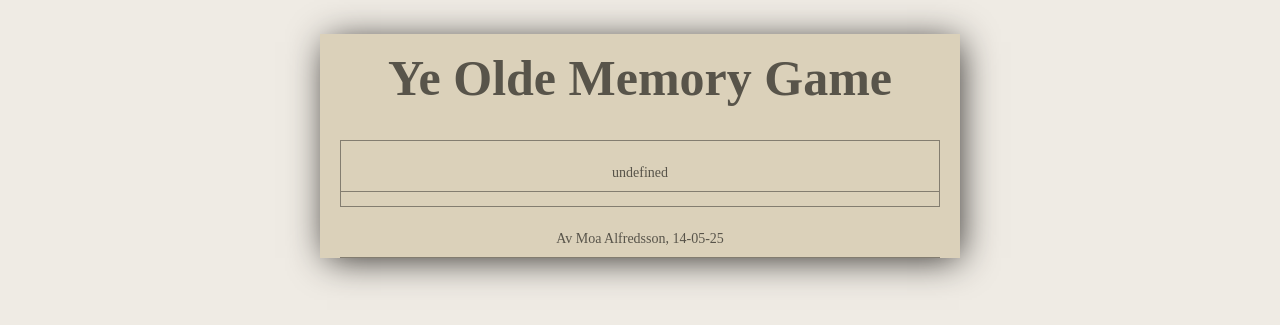
Repository: ma223md/1dv403-laborationer
Page: 3-gameon/memory/index.html
The author's editor kept a record of every edit. The page is drawn from the files as they stood at one moment, then again after the next edit.
The browser window is 1280 px wide. The pictures show the whole page.
Some web fonts or font styles are not loaded; a fallback is used.

Above is the page before.

### 3-gameon/memory/index.html
<!DOCTYPE html>
<html>
    <head>
        <meta charset="UTF-8" />
        <link rel="stylesheet" href="css/memorystyle.css" />
        <script src="js/memory.js"></script>
        <script src="script/random.js"></script>
        <title>Memory - Game on!</title>
    </head>

    <body>
        <div id="container">
            <header>
                <h1>Ye Olde Memory Game</h1>
            </header>

            <main>
                <div id="memoryboard"></div>
            </main>

            <footer>
                <p>Av Moa Alfredsson, 14-05-25</p>
            </footer>
        </div>
    </body>
</html>

### 3-gameon/memory/css/memorystyle.css
@font-face {
    font-family: headline;
    src: url(../3-gameon/memory/fonts/OldLondon.ttf);
}

@font-face {
    font-family: article;
    src: url(fonts/linowrite.ttf);
}

body
{
    background-color: #efebe4;
}

header h1 {
    text-align: center;
    padding-top: 15px;
    color: #58544A;
}

#container {
    display: block;
    margin-left: auto;
    margin-right: auto;
    width: 600px;
    background-color: #dbd1ba;
    padding-left: 20px;
    padding-right: 20px;
    -webkit-box-shadow: 3px 4px 35px -4px rgba(38,35,32,1);
    -moz-box-shadow: 3px 4px 35px -4px rgba(38,35,32,1);
    box-shadow: 3px 4px 35px -4px rgba(38,35,32,1);
}

main {
    border-style: solid;
    border-width: 1px;
    border-color: #837D70;
}

p {
    font-family: article;
    font-size: 14px;
    text-align: center;
    padding-top: 10px;
    padding-bottom: 10px;
    padding-left: 20px;
    padding-right: 20px;
    border-bottom: solid;
    border-width: 1px;
    border-color: #837D70;
    color: #58544A;
    word-wrap: break-word;
}

h1 {
    font-family: headline;
    font-size: 50px;
}

textarea {
    resize: none;
    display: block;
    margin-left: auto;
    margin-right: auto;
    background-color: #E2DAC8;
    border-color: #837D70;
}

input {
    display: block;
    margin-left: auto;
    margin-right: 95px;
}

footer {
    font-size: 12px;
}

### 3-gameon/memory/js/memory.js
"use strict"

var Memory = {
    init: function(){
        // create a memory game, call function
        Memory.newGame();
    },

    // function for new game
    newGame: function(){
        // randomizedArray = randomized();
        var memorybricks = RandomGenerator.getPictureArray(4,4);

        // create new elements for game
        var div = document.getElementById("memoryboard"),
        text = document.createElement("p");

        text.innerHTML = Memory.memorybricks;
        div.appendChild(text);
    },
};

window.onload = Memory.init;  //init run when site is loaded

### 3-gameon/memory/js/random.js
var RandomGenerator = {

	/*
		Denna metod tar antalet rader och columner som inparameter.

		Metoden returnerar en array innehållandes utslumpade tal mellan 1 och (rows*cols)/2. Varje tal representeras två
		gånger och motsvarar således en spelbricka.

		I en 4*4 matris kan Arrayen t.ex. se ut så här:
		[1,2,6,8,6,2,5,3,1,3,7,5,8,4,4,7]

		I en 2*4 matris kan Arrayen t.ex. se ut så här:
		[3,4,4,1,2,1,2,3]
	*/

	getPictureArray: function(rows, cols)
	{
		var numberOfImages = rows*cols;
		var maxImageNumber = numberOfImages/2;

	   	var imgPlace = [];

	   //Utplacering av bilder i Array
	   for(var i=0; i<numberOfImages; i++)
		  imgPlace[i] = 0;

		for(var currentImageNumber=1; currentImageNumber<=maxImageNumber; currentImageNumber++)
		{
			var imageOneOK = false;
			var imageTwoOK = false;

			do
			{
				if(imageOneOK == false)
				{
					var randomOne = Math.floor( (Math.random() * (rows*cols-0) + 0) );

					if( imgPlace[randomOne] == 0 )
					{
						imgPlace[randomOne] = currentImageNumber;
						imageOneOK = true;
					}
				}

				if(imageTwoOK == false)
				{
					var randomTwo = Math.floor( (Math.random() * (rows*cols-0) + 0) );

					if( imgPlace[randomTwo] == 0 )
					{
						imgPlace[randomTwo] = currentImageNumber;
						imageTwoOK = true;
					}
				}
			}
			while(imageOneOK == false || imageTwoOK == false);
		}

		return imgPlace;
	}
}

After the next edit:
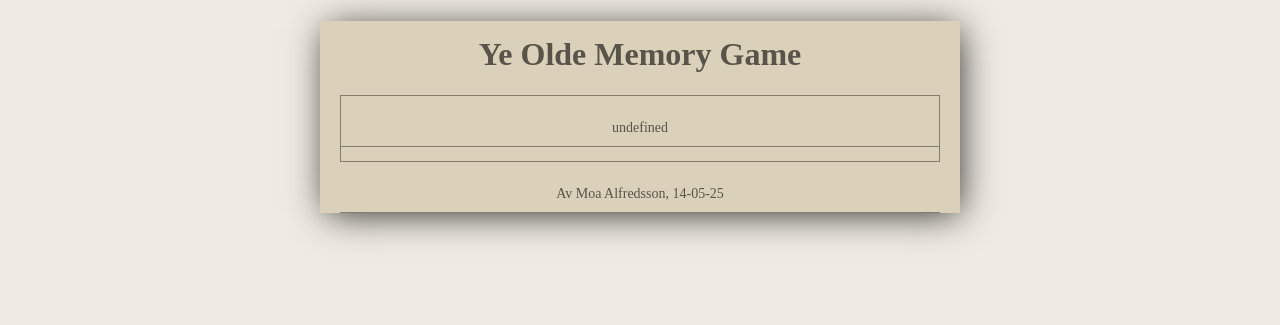
The edit:
--- a/3-gameon/memory/css/memorystyle.css
+++ b/3-gameon/memory/css/memorystyle.css
@@ -54,23 +54,7 @@
 }
 
 h1 {
-    font-family: headline;
-    font-size: 50px;
-}
 
-textarea {
-    resize: none;
-    display: block;
-    margin-left: auto;
-    margin-right: auto;
-    background-color: #E2DAC8;
-    border-color: #837D70;
-}
-
-input {
-    display: block;
-    margin-left: auto;
-    margin-right: 95px;
 }
 
 footer {

After the edit that followed:
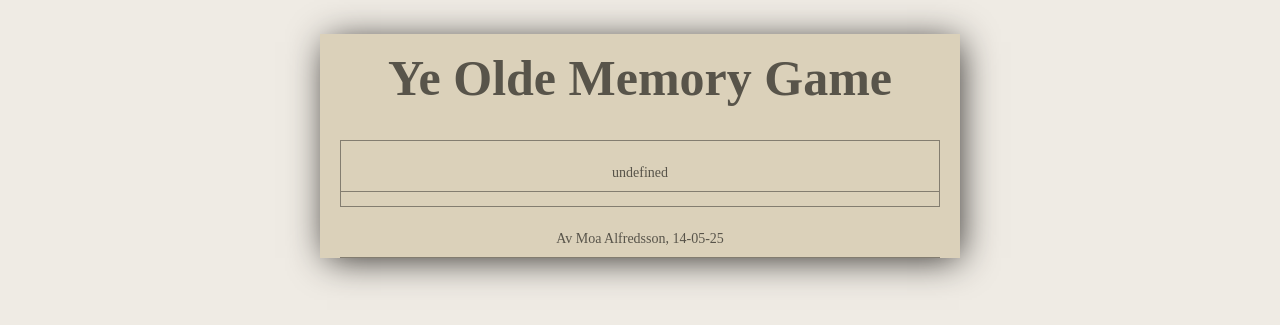
The edit:
--- a/3-gameon/memory/css/memorystyle.css
+++ b/3-gameon/memory/css/memorystyle.css
@@ -17,6 +17,8 @@
     text-align: center;
     padding-top: 15px;
     color: #58544A;
+    font-family: headline;
+    font-size: 50px;
 }
 
 #container {
